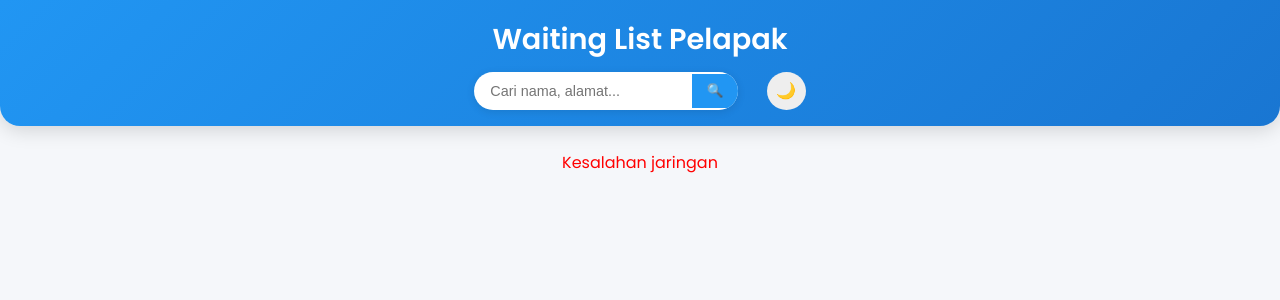
Repository: pasarrakyatbak/WaitingListforPanitia
Page: index.html
These files come from the project's save history. The page is drawn as it stood at one moment and after the next save; the edit follows.
The browser window is 1280 px wide. The pictures show the whole page.
The page's requests for data from a server got no answer.

Above is the page before, as saved 2025-09-25 16:36:58.

After the next save:
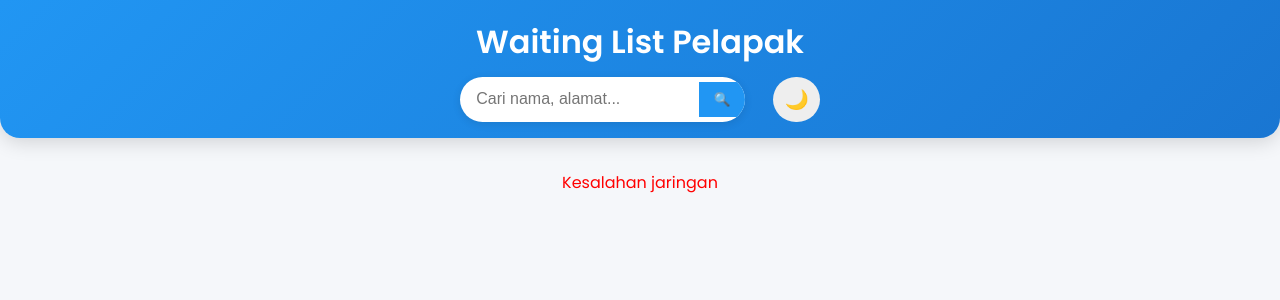
Saved 36 s later.
--- a/style.css
+++ b/style.css
@@ -403,3 +403,149 @@ body.dark .card.done .status {
     background: #66bb6a;
     color: #fff;
 }
+
+/* 📱 Responsif */
+
+/* Mobile kecil */
+@media (max-width: 480px) {
+    .app-bar h1 {
+        font-size: 1.4rem;
+    }
+
+    .header-actions {
+        flex-direction: column;
+        gap: 0.6rem;
+        align-items: stretch;
+    }
+
+    /* Search mobile */
+    .search-container {
+        width: 100%;
+        padding: 0.4rem 0.6rem;
+        border-radius: 25px;
+    }
+
+    .search-container input {
+        font-size: 0.85rem;
+    }
+
+    .search-container button {
+        padding: 0.5rem 0.7rem;
+        font-size: 0.9rem;
+    }
+
+    /* Toggle dark mode mobile */
+    .toggle-dark {
+        align-self: flex-end;
+        padding: 0.5rem;
+        font-size: 1rem;
+    }
+
+    .card {
+        padding: 1rem;
+    }
+
+    .card .title {
+        font-size: 1.2rem;
+    }
+
+    .card .subtitle {
+        font-size: 0.85rem;
+    }
+
+    .btn {
+        font-size: 0.8rem;
+        padding: 0.5rem;
+    }
+
+    .modal-content {
+        padding: 1.2rem;
+    }
+}
+
+/* Tablet */
+@media (max-width: 768px) {
+    .app-bar h1 {
+        font-size: 1.6rem;
+    }
+
+    .header-actions {
+        gap: 0.8rem;
+    }
+
+    /* Search tablet */
+    .search-container {
+        flex: 1;
+        max-width: 420px;
+    }
+
+    .search-container input {
+        font-size: 0.9rem;
+    }
+
+    .search-container button {
+        padding: 0.55rem 0.9rem;
+    }
+
+    /* Toggle dark mode tablet */
+    .toggle-dark {
+        padding: 0.6rem;
+        font-size: 1.1rem;
+    }
+
+    .grid {
+        grid-template-columns: repeat(auto-fit, minmax(200px, 1fr));
+        gap: 1rem;
+        padding: 1rem;
+    }
+
+    .card {
+        padding: 1.2rem;
+    }
+
+    .pagination {
+        gap: 0.3rem;
+    }
+
+    .pagination button {
+        padding: 0.4rem 0.8rem;
+        font-size: 0.85rem;
+    }
+}
+
+/* Laptop / Desktop */
+@media (min-width: 1024px) {
+    .app-bar h1 {
+        font-size: 2rem;
+    }
+
+    .header-actions {
+        flex-direction: row;
+        gap: 1rem;
+    }
+
+    /* Search desktop */
+    .search-container {
+        max-width: 500px;
+    }
+
+    .search-container input {
+        font-size: 1rem;
+    }
+
+    /* Toggle dark mode desktop */
+    .toggle-dark {
+        padding: 0.7rem;
+        font-size: 1.2rem;
+    }
+
+    .grid {
+        grid-template-columns: repeat(auto-fit, minmax(280px, 1fr));
+        gap: 2rem;
+        padding: 2rem;
+    }
+
+    .card {
+        padding: 1.8rem;
+    }
+}
